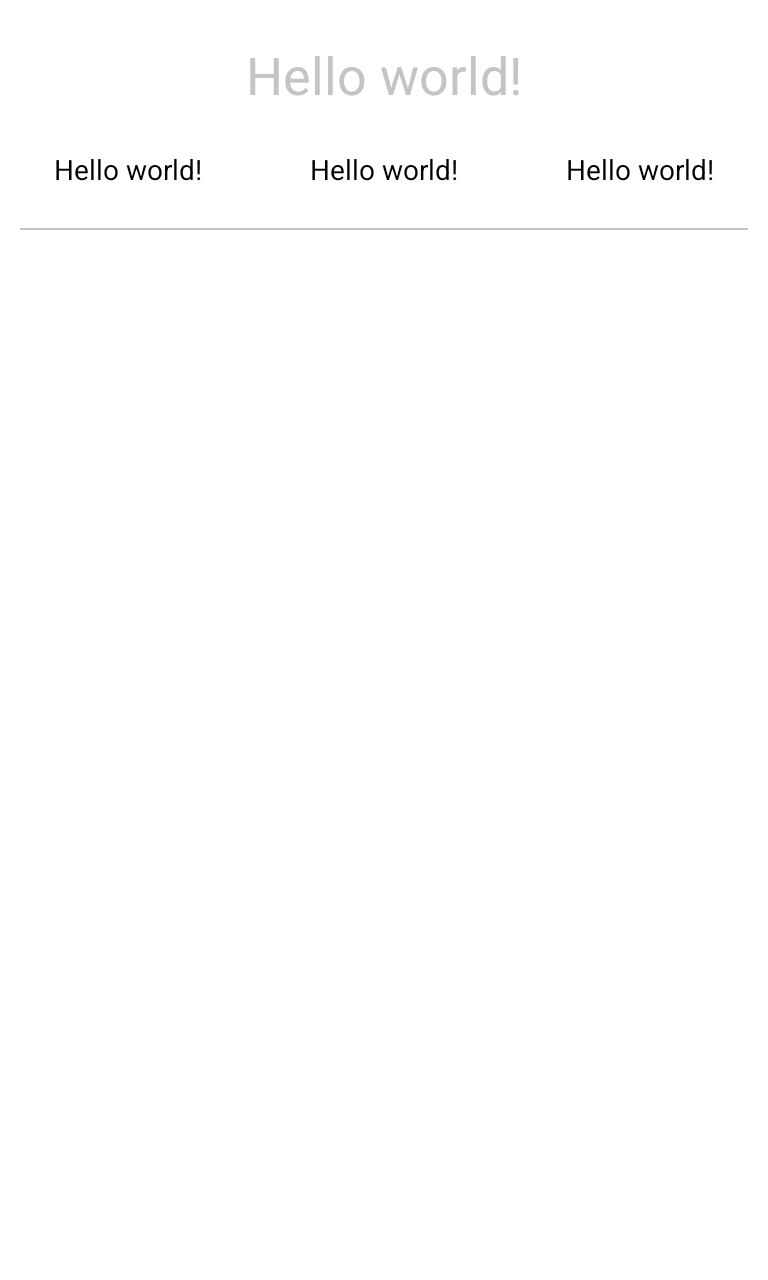
Repository: colincove/IAT381-Android
Layout: ColinCove_Assignment02/res/layout/activity_sensor_info.xml
These files come from the project's save history. The layout is drawn as it stood at one moment and after the next save; the edit follows.
It is drawn on a 768 x 1280 px phone screen (xhdpi) without system bars, with theme AppTheme; the app's code is not run.

Above is the layout before, as saved 2013-10-04 19:03:44.

### ColinCove_Assignment02/res/layout/activity_sensor_info.xml
<?xml version="1.0" encoding="utf-8"?>
<TableLayout xmlns:android="http://schemas.android.com/apk/res/android"
    android:id="@id/sensor_display_layout"
    android:layout_width="fill_parent"
    android:layout_height="fill_parent"
    android:orientation="vertical"
    android:shrinkColumns="*"
    android:stretchColumns="*" >

    <TableRow
        android:layout_width="wrap_content"
        android:layout_height="wrap_content" >

        <TextView
            android:layout_width="wrap_content"
            android:layout_height="wrap_content"
            android:layout_marginBottom="20dip"
            android:layout_marginTop="20dip"
            android:layout_span="3"
            android:gravity="center"
            android:text="@string/hello_world"
            android:textColor="@color/low_contrast"
            android:textSize="26sp" />
    </TableRow>

    <TableRow
        android:layout_width="fill_parent"
        android:layout_height="wrap_content" >

        <TextView
            android:layout_width="wrap_content"
            android:layout_height="wrap_content"
            android:layout_span="1"
            android:gravity="center"
            android:text="@string/hello_world"
            android:textColor="@color/heigh_contrast" />

        <TextView
            android:layout_width="wrap_content"
            android:layout_height="wrap_content"
            android:layout_span="1"
            android:gravity="center"
            android:text="@string/hello_world"
            android:textColor="@color/heigh_contrast" />

        <TextView
            android:layout_width="wrap_content"
            android:layout_height="wrap_content"
            android:layout_span="1"
            android:gravity="center"
            android:text="@string/hello_world"
            android:textColor="@color/heigh_contrast" />
    </TableRow>

    <View
        android:layout_height="1dip"
        android:layout_marginBottom="20dip"
        android:layout_marginLeft="10dip"
        android:layout_marginRight="10dip"
        android:layout_marginTop="20dip"
        android:background="@color/low_contrast" />

</TableLayout>

### ColinCove_Assignment02/res/values/strings.xml
<?xml version="1.0" encoding="utf-8"?>
<resources>

    <string name="app_name">ColinCove_Assignment02</string>
    <string name="action_settings">Settings</string>
    <string name="hello_world">Hello world!</string>
    <string name="test_btn">My Test Button</string>
    <!-- Sensor Info Titles -->
    <string name="resolution_title">Sensor Resolution</string>
    <string name="max_range_title">Max Range</string>
    <string name="min_delay_title">Min Range</string>
    <string name="power_title">Power</string>
<string name="type_title">Type</string>
<string name="vendor_title">Vendor</string>
<string name="version_title">Version</string>
</resources>

### ColinCove_Assignment02/res/values/colors.xml
<?xml version="1.0" encoding="utf-8"?>
<resources>
    <color name="low_contrast" >#c4c4c4</color>
    <color name="heigh_contrast" >#000000</color>
</resources>

Loaded but not shown: ColinCove_Assignment02/res/values/styles.xml (common file); ColinCove_Assignment02/res/values-v11/styles.xml (common file); ColinCove_Assignment02/res/values-v14/styles.xml (common file)

After the next save:
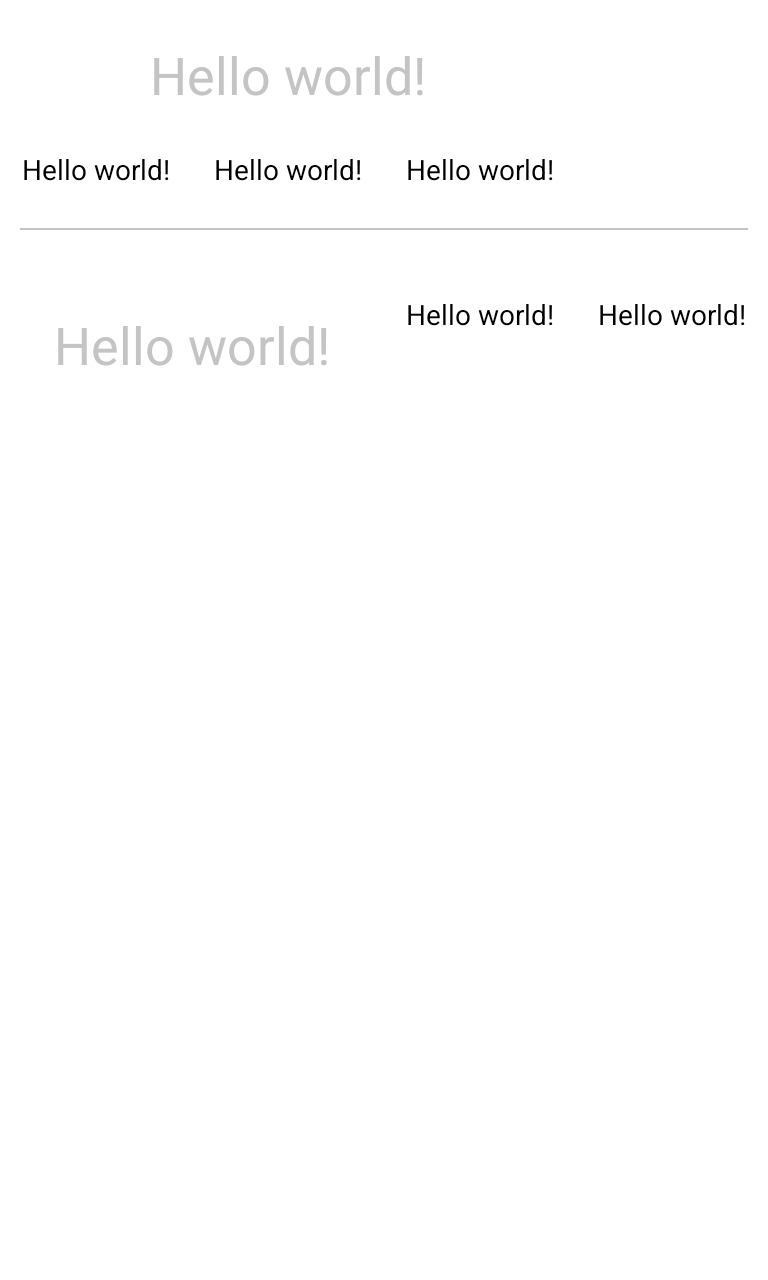
Saved 35 s later.
--- a/ColinCove_Assignment02/res/layout/activity_sensor_info.xml
+++ b/ColinCove_Assignment02/res/layout/activity_sensor_info.xml
@@ -60,4 +60,36 @@
         android:layout_marginTop="20dip"
         android:background="@color/low_contrast" />
 
+     <TableRow
+        android:layout_width="fill_parent"
+        android:layout_height="wrap_content" >
+
+   <TextView
+            android:layout_width="wrap_content"
+            android:layout_height="wrap_content"
+            android:layout_marginBottom="20dip"
+            android:layout_marginTop="20dip"
+            android:layout_span="2"
+            android:gravity="center"
+            android:text="@string/hello_world"
+            android:textColor="@color/low_contrast"
+            android:textSize="26sp" />
+
+        <TextView
+            android:layout_width="wrap_content"
+            android:layout_height="wrap_content"
+            android:layout_span="1"
+            android:gravity="center"
+            android:text="@string/hello_world"
+            android:textColor="@color/heigh_contrast" />
+
+        <TextView
+            android:layout_width="wrap_content"
+            android:layout_height="wrap_content"
+            android:layout_span="1"
+            android:gravity="center"
+            android:text="@string/hello_world"
+            android:textColor="@color/heigh_contrast" />
+    </TableRow>
+
 </TableLayout>
